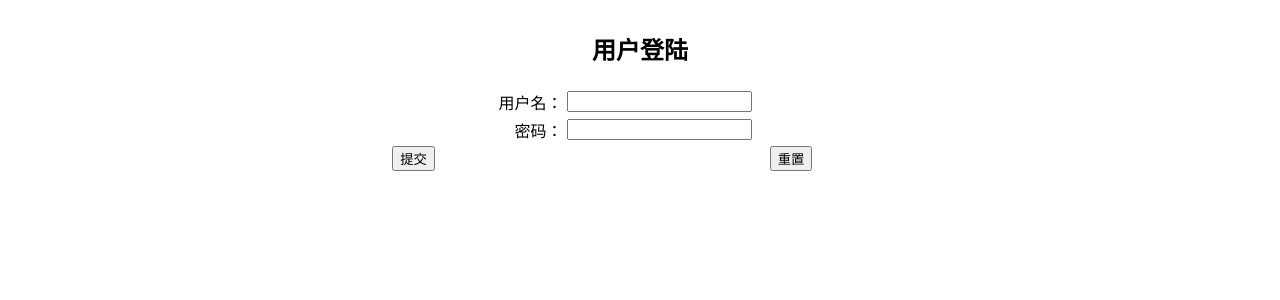
Repository: Lansefanggezi/JavaWeb
Page: http://localhost/Login-MVC/
These files come from the project's save history. The page is drawn as it stood at one moment and after the next save; the edit follows.
The browser window is 1280 px wide. The pictures show the whole page.
The page is served by Tomcat 9. Other server files are loaded and not shown.

Above is the page before, as saved 2018-04-01 02:02:19.

### Login-MVC/WebContent/Login.jsp
<%@ page language="java" contentType="text/html; charset=UTF-8"
    pageEncoding="UTF-8"%>
<!DOCTYPE html PUBLIC "-//W3C//DTD HTML 4.01 Transitional//EN" "http://www.w3.org/TR/html4/loose.dtd">
<html>
<head>
<meta http-equiv="Content-Type" content="text/html; charset=UTF-8">
	<title>登陆</title>
	<script type="text/javascript">
	function check(){
		var userName = document.LoginForm.userName.value;
		var userPwd = document.LoginForm.passwold.value;

		if (userName == "") {
			alert("用户名不能为空");
			return false;
		}

		if (userPwd == "") {
			alert("请输入密码");
			return false;
		}
		return true;
	}
	</script>
</head>
<body background="#ffffff">
	<form action="LoginServlet" method="post" name="LoginForm">
		<table width="757" height="108" align="center">
		<col width="300">
		<col width="">
			<tr>
				<td colspan="2" align="center">
					<h2>用户登陆</h2>
				</td>
			</tr>
			<tr>
				<td align="right">
					用户名：
				</td>
				<td align="left">
					<input type="text" name="userName" width="200">
				</td>
			</tr>
			<tr>
				<td align="right">
					密码：
				</td>
				<td align="left">
					<input type="passwold" name="passwold" width="200">
				</td>
			</tr>
			<tr>
				<td align="center">
					<input type="submit" name="submit" value="提交">
				</td>
				<td align="center">
					<input type="reset" name="submit" value="重置">
				</td>
			</tr>
		</table>
		<jsp:useBean id="loginUser" class="cn.com.systop.javabean.UserBean" scope="request"></jsp:useBean>
		<%
		if(loginUser.getError() != null)
		{
			out.print("<script type=\"text/javascript\">alert(\"用户名或者密码错误！\");</script>");
		}
		%>
	</form>
</body>
</html>

### Login-MVC/src/cn/com/systop/javabean/UserBean.java
package cn.com.systop.javabean;

import java.sql.Connection;
import java.sql.PreparedStatement;
import java.sql.ResultSet;
import java.sql.SQLException;

import cn.com.systop.connection.DBConnection;

public class UserBean {

	//用户名
	private String userName;

	//密码
	private String passWord;

	//异常
	private String error;

	public String getUserName() {
		return userName;
	}

	public void setUserName(String userName) {
		this.userName = userName;
	}

	public String getPassWord() {
		return passWord;
	}

	public void setPassWord(String passWord) {
		this.passWord = passWord;
	}

	public String getError() {
		return error;
	}

	public void setError(String error) {
		this.error = error;
	}

	/*
	 * 验证登陆
	 *
	 * @return true 登陆成功 return flase 登陆失败
	 *
	 * */
	public boolean login()
	{
		//登陆成功与否的标志
		boolean flg = false;

		//获取数据库连接
		Connection con = DBConnection.getConnetction();

		//声明PreparedStatement对象
		PreparedStatement pstemt = null;

		//声明resultSet
		ResultSet rs = null;

		//SQL语句
		String sql = "select * from t_user where username = ?";


		try {
			//创建PreparedStatement对象
			pstemt = con.prepareStatement(sql);

			//替换Sql语句中？的值
			pstemt.setString(1, this.userName);

			//执行SQL语句并返回结果
			rs = pstemt.executeQuery();

			//判断结果集是否有数据
			if(rs.next())
			{
				//获得密码
				String pwd = rs.getString("userpassword");

				//验证密码
				if(this.passWord.equals(pwd))
				{
					flg=true;
				}else
				{
					this.setError("error");
				}
			}else
			{
				this.setError("error");
			}
		} catch (SQLException e) {
			// TODO Auto-generated catch block
			e.printStackTrace();
		}finally
		{
			try {
				//关闭数据库连接
				rs.close();
				pstemt.close();
				con.close();
			} catch (SQLException e) {
				// TODO Auto-generated catch block
				e.printStackTrace();
			}
		}

		return flg;
	}

}

After the next save:
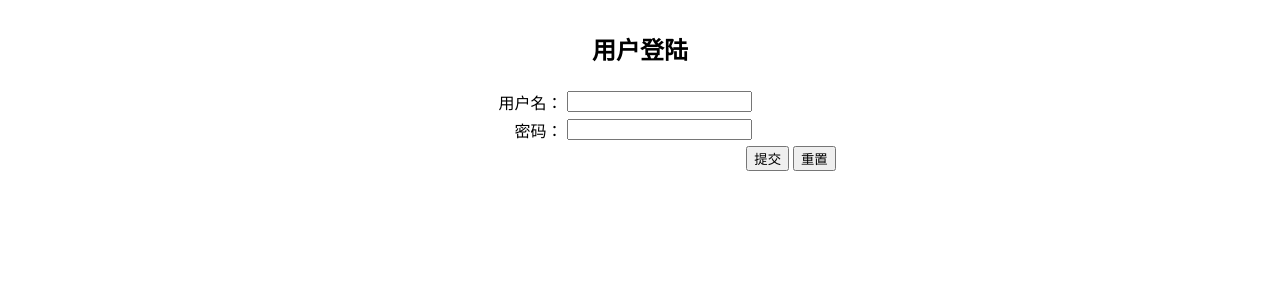
Saved 25 s later.
--- a/Login-MVC/WebContent/Login.jsp
+++ b/Login-MVC/WebContent/Login.jsp
@@ -51,9 +51,9 @@
 			</tr>
 			<tr>
 				<td align="center">
-					<input type="submit" name="submit" value="提交">
 				</td>
 				<td align="center">
+					<input type="submit" name="submit" value="提交">
 					<input type="reset" name="submit" value="重置">
 				</td>
 			</tr>
